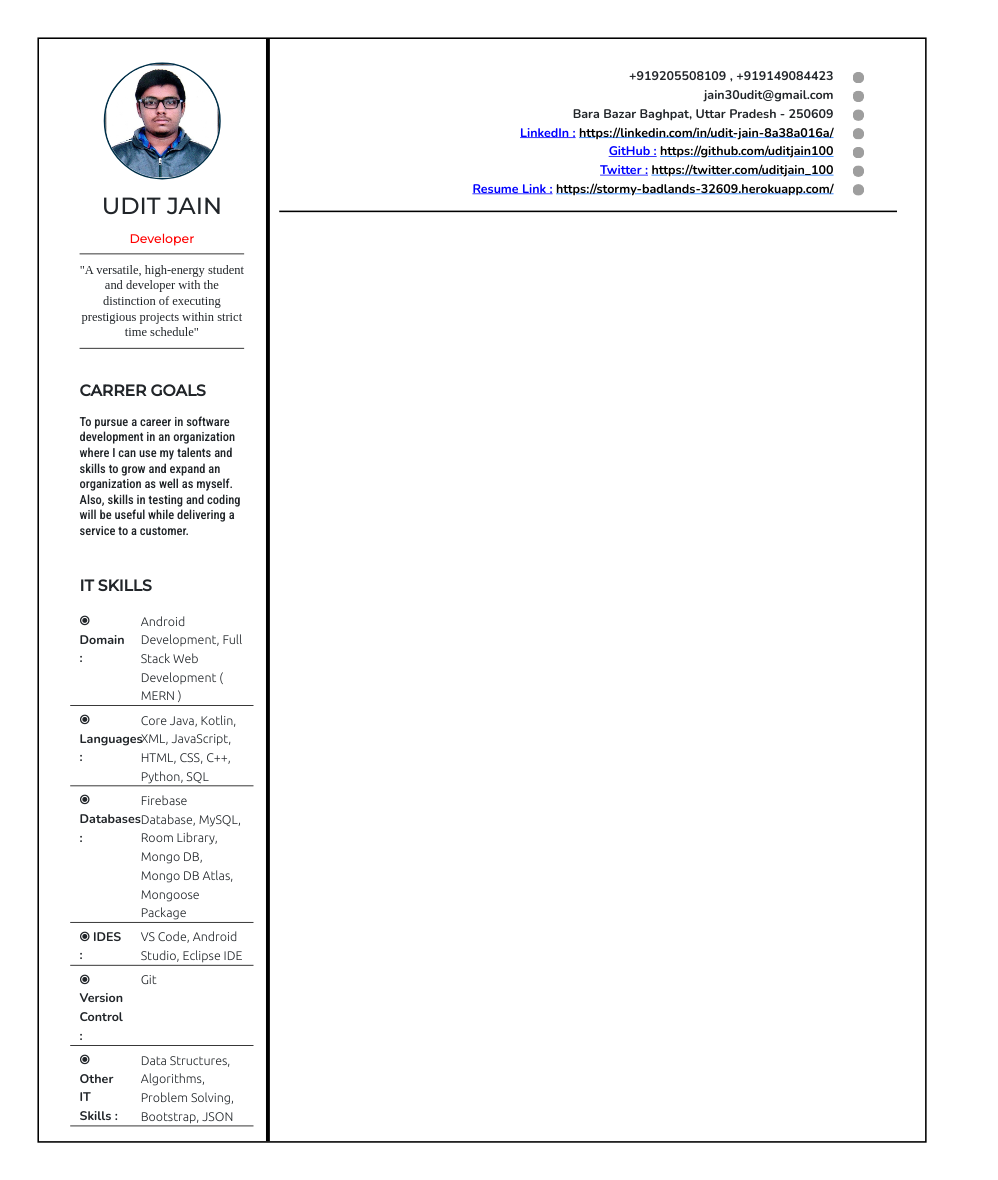
Repository: uditjain100/Resume
Page: app.html
An editor plug-in stored every save of this project. The page is shown before and after the next save, followed by the edit.
The browser window is 1280 px wide. The pictures show the whole page, at 78% of full size.
Pictures or frames that could not be fetched are drawn as grey boxes. Some web fonts or font styles are not loaded; a fallback is used.

Above is the page before, as saved 2021-05-27 16:55:10.

### app.html
<!DOCTYPE html>
<html lang="en">
	<head>
		<meta charset="UTF-8" />
		<meta http-equiv="X-UA-Compatible" content="IE=edge" />
		<meta name="viewport" content="width=device-width, initial-scale=1.0" />
		<title>RESUME : Udit Jain</title>
		<link rel="stylesheet" href="app.css" />
		<script
			src="https://code.jquery.com/jquery-3.5.1.min.js"
			integrity="sha256-9/aliU8dGd2tb6OSsuzixeV4y/faTqgFtohetphbbj0="
			crossorigin="anonymous"
		></script>
		<link
			href="https://cdn.jsdelivr.net/npm/bootstrap@5.0.0-beta1/dist/css/bootstrap.min.css"
			rel="stylesheet"
			integrity="sha384-giJF6kkoqNQ00vy+HMDP7azOuL0xtbfIcaT9wjKHr8RbDVddVHyTfAAsrekwKmP1"
			crossorigin="anonymous"
		/>

		<link rel="preconnect" href="https://fonts.gstatic.com" />
		<link
			href="https://fonts.googleapis.com/css2?family=Montserrat:wght@300;500&display=swap"
			rel="stylesheet"
		/>
		<link
			href="https://fonts.googleapis.com/css2?family=Roboto+Condensed:wght@500&display=swap"
			rel="stylesheet"
		/>
		<link
			href="https://fonts.googleapis.com/css2?family=Spartan:wght@500&display=swap"
			rel="stylesheet"
		/>
		<link
			href="https://fonts.googleapis.com/css2?family=Red+Hat+Display&display=swap"
			rel="stylesheet"
		/>
		<link
			href="https://fonts.googleapis.com/css2?family=Ubuntu:wght@300&display=swap"
			rel="stylesheet"
		/>
		<link
			href="https://fonts.googleapis.com/css2?family=Quicksand:wght@700&display=swap"
			rel="stylesheet"
		/>
		<link
			href="https://fonts.googleapis.com/css2?family=Nunito:wght@700&display=swap"
			rel="stylesheet"
		/>
		<link
			href="https://fonts.googleapis.com/css2?family=Akaya+Kanadaka&display=swap"
			rel="stylesheet"
		/>
		<link
			href="https://fonts.googleapis.com/css2?family=Poppins:wght@400&display=swap"
			rel="stylesheet"
		/>
	</head>
	<body>
		<main class="container row my-5 mx-5" id="wholewindow">
			<section id="leftwindow" class="col-3">
				<article id="namebox">
					<img
						id="profileimg"
						src="profile.jpg"
						class="card-img-top"
						alt="..."
					/>
					<div class="card-body">
						<h3 class="card-title" style="font-size: 30px; font-weight: 400">
							UDIT JAIN
						</h3>
						<h6 class="card-subtitle mx-auto">Developer</h6>
						<p id="summary">
							"A versatile, high-energy student and developer with the
							distinction of executing prestigious projects within strict time
							schedule"
						</p>
					</div>
				</article>
				<article id="goalbox">
					<div class="card-body">
						<h3 class="card-title">CARRER GOALS</h3>
						<p>
							To pursue a career in software development in an organization
							where I can use my talents and skills to grow and expand an
							organization as well as myself. Also, skills in testing and coding
							will be useful while delivering a service to a customer.
						</p>
					</div>
				</article>
				<article id="itskillsbox">
					<div class="card-body">
						<h3 class="card-title">IT SKILLS</h3>
						<ul class="list-group">
							<li id="itskillsitem" class="row">
								<span class="col-4" id="que">⦿ Domain : </span>
								<span class="col-8" id="ans"
									>Android Development, Full Stack Web Development ( MERN
									)</span
								>
							</li>
							<li id="itskillsitem" class="row">
								<span class="col-4" id="que">⦿ Languages : </span>
								<span class="col-8" id="ans"
									>Core Java, Kotlin, XML, JavaScript, HTML, CSS, C++, Python,
									SQL</span
								>
							</li>
							<li id="itskillsitem" class="row">
								<span class="col-4" id="que">⦿ Databases : </span>
								<span class="col-8" id="ans"
									>Firebase Database, MySQL, Room Library, Mongo DB, Mongo DB
									Atlas, Mongoose Package</span
								>
							</li>
							<li id="itskillsitem" class="row">
								<span class="col-4" id="que">⦿ IDES : </span>
								<span class="col-8" id="ans"
									>VS Code, Android Studio, Eclipse IDE</span
								>
							</li>
							<li id="itskillsitem" class="row">
								<span class="col-4" id="que">⦿ Version Control : </span>
								<span class="col-8" id="ans">Git</span>
							</li>
							<li id="itskillsitem" class="row">
								<span class="col-4" id="que">⦿ Other IT Skills : </span>
								<span class="col-8" id="ans"
									>Data Structures, Algorithms, Problem Solving, Bootstrap,
									JSON</span
								>
							</li>
						</ul>
					</div>
				</article>
			</section>
			<section id="rightwindow" class="col-9">
				<div class="card-body" id="contactbox">
					<ul class="list-group">
						<li id="contactitem" class="row">
							<div class="col-11">+919205508109 , +919149084423</div>
							<div class="col-1">
								<img
									src="https://cdn.jsdelivr.net/npm/simple-icons@3.0.1/icons/android.svg"
									alt=""
								/>
							</div>
						</li>
						<li id="contactitem" class="row">
							<div class="col-11">jain30udit@gmail.com</div>
							<div class="col-1">
								<img
									src="https://cdn.jsdelivr.net/npm/simple-icons@3.0.1/icons/gmail.svg"
									alt=""
								/>
							</div>
						</li>
						<li id="contactitem" class="row">
							<div class="col-11">
								Bara Bazar Baghpat, Uttar Pradesh - 250609
							</div>
							<div class="col-1">
								<img
									src="https://cdn.jsdelivr.net/npm/simple-icons@3.0.1/icons/googlemaps.svg"
									alt=""
								/>
							</div>
						</li>
						<li id="contactitem" class="row">
							<div class="col-11">
								<span>LinkedIn :</span>
								<a href="https://linkedin.com/in/udit-jain-8a38a016a/"
									><span id="link"
										>https://linkedin.com/in/udit-jain-8a38a016a/</span
									></a
								>
							</div>
							<div class="col-1">
								<img
									src="https://cdn.jsdelivr.net/npm/simple-icons@4.13.0/icons/linkedin.svg"
									alt=""
								/>
							</div>
						</li>
						<li id="contactitem" class="row">
							<div class="col-11">
								<span>GitHub :</span>
								<a href="https://github.com/uditjain100"
									><span id="link">https://github.com/uditjain100</span></a
								>
							</div>
							<div class="col-1">
								<img
									src="https://cdn.jsdelivr.net/npm/simple-icons@4.13.0/icons/github.svg"
									alt=""
								/>
							</div>
						</li>
						<li id="contactitem" class="row">
							<div class="col-11">
								<span>Twitter :</span>
								<a href="https://twitter.com/uditjain_100"
									><span id="link">https://twitter.com/uditjain_100</span></a
								>
							</div>
							<div class="col-1">
								<img
									src="https://cdn.jsdelivr.net/npm/simple-icons@4.13.0/icons/twitter.svg"
									alt=""
								/>
							</div>
						</li>
						<li id="contactitem" class="row">
							<div class="col-11">
								<span>Resume Link :</span>
								<a href="https://stormy-badlands-32609.herokuapp.com/"
									><span id="link"
										>https://stormy-badlands-32609.herokuapp.com/</span
									></a
								>
							</div>
							<div class="col-1">
								<img
									src="https://cdn.jsdelivr.net/npm/simple-icons@4.13.0/icons/webpack.svg"
									alt=""
								/>
							</div>
						</li>
					</ul>
				</div>
			</section>
		</main>
	</body>
</html>

### app.css
/* * Common Section */

@keyframes transitionIn {
	from {
		opacity: 0;
		transform: rotateY(-10deg);
	}
	to {
		opacity: 1;
		transform: rotateY(0);
	}
}

html {
	animation: transitionIn 1s;
}

p {
	font-family: "Roboto Condensed", sans-serif;
	line-height: 20px;
}

/*  ********************* resume work */

#wholewindow {
	margin-top: 100px;
	border: 2px black solid;
	display: flex;
	flex-direction: row;
	flex-wrap: wrap;
	justify-content: space-evenly;
	/* align-items: center; */
}

#leftwindow {
	border-right: 5px black solid;
	padding-top: 20px;
	min-width: 250px;
}

#rightwindow {
	padding-top: 20px;
	min-width: 250px;
}

#namebox {
	display: flex;
	flex-direction: column;
	flex-wrap: wrap;
	align-items: center;
	text-align: center;
	font-family: "Montserrat";
}

#profileimg {
	width: 150px;
	height: 150px;
	border-radius: 50%;
	border: 2px #003049 solid;
	margin-top: 10px;
}
#summary {
	font-family: "Akaya Kanadaka";
	margin-top: 10px;
	margin-bottom: 10px;
	padding-top: 10px;
	padding-bottom: 10px;

	border-bottom: 1px black solid;
	border-top: 1px black solid;
}

.card-subtitle {
	color: red;
}

#itskillsitem,
#managementskillsitem {
	border-bottom: 1px black solid;
	margin-top: 3px;
	margin-bottom: 3px;
}

#que {
	font-family: "Nunito";
	font-weight: 900;
	text-align: left;
}

#ans {
	font-family: "Ubuntu";
	font-weight: 400;
	text-align: left;
}

li img {
	width: 15px;
	height: 15px;
	border-radius: 50%;
	margin-right: 5px;
}

#contactbox {
	border-bottom: 2px black solid;
}

#contactitem {
	font-family: "Nunito";
}

#contactitem .col-11 {
	text-align: end;
}

#contactitem .col-11 span {
	font-weight: 600;
	color: blue;
	text-decoration: underline;
}

#contactitem .col-11 a span {
	color: black;
	text-decoration: none;
}

#educationtitle {
	font-family: "Red Hat Display";
	font-weight: 200;
}

#educationitem,
#projectitem {
	margin-bottom: 10px;
	padding-bottom: 10px;
	border-bottom: 1px black solid;
}

#details {
	font-family: "Ubuntu";
}

#institutename {
	text-decoration: underline;
}

#timestamp {
	font-size: 13px;
}

#stream {
	font-size: 16px;
	font-weight: 400;
}

#subjects {
	font-size: 10px;
	font-weight: 300;
}

#marks {
	font-size: 15px;
	font-weight: 700;
}

#projecttitle {
	font-family: "Red Hat Display";
	font-weight: 400;
}

#projectdetails {
	margin-left: 25px;
}

.card {
	background-color: black;
}

.card-title {
	font-family: "Montserrat";
	font-weight: 900;
	font-size: 20px;
	padding-bottom: 10px;
	border: none;
}

/* * Common Section */

.footer {
	position: -webkit-sticky;
	left: 0;
	bottom: 0;
	width: 100%;
	color: white;
	text-align: center;
	font-family: "Montserrat";
}

After the next save:
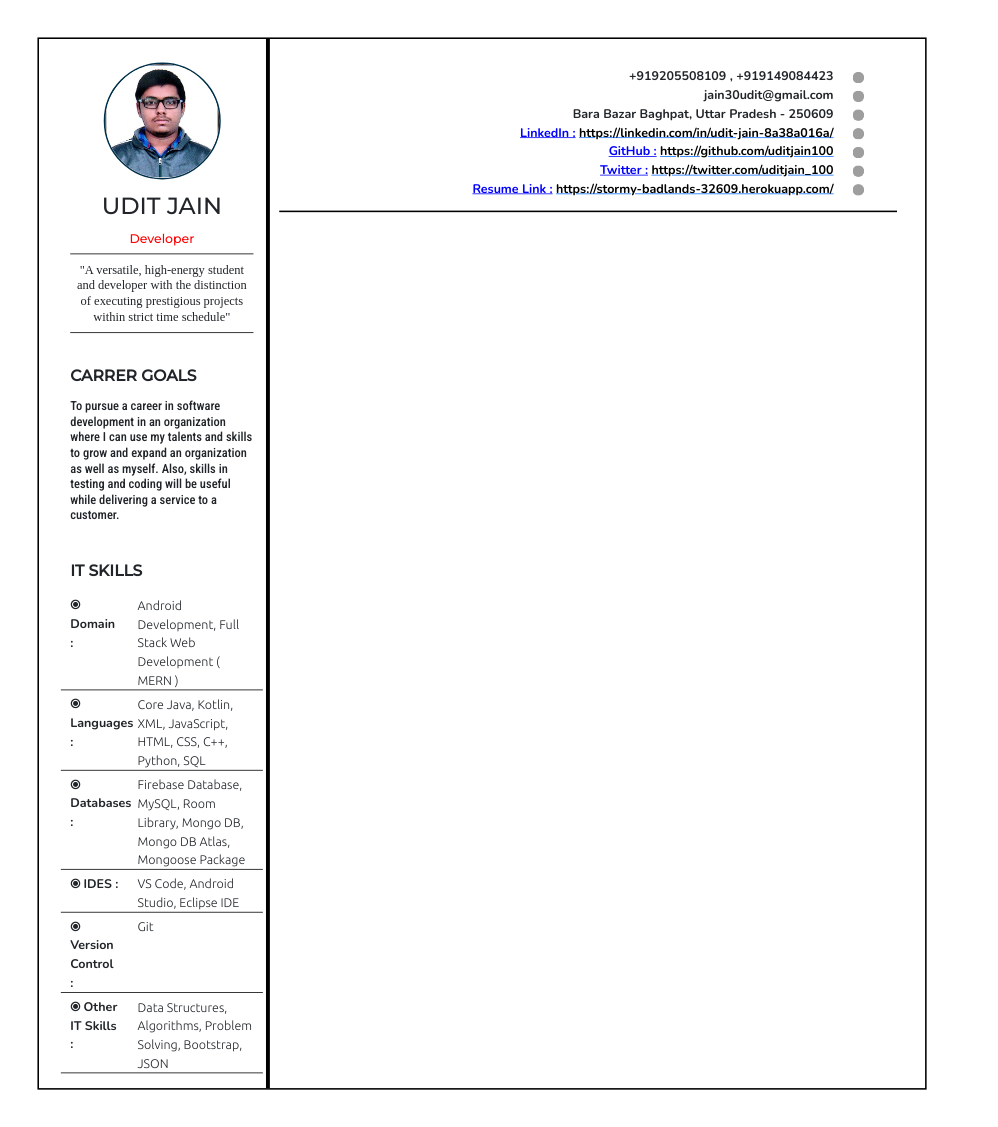
Saved 35 s later.
--- a/app.css
+++ b/app.css
@@ -34,7 +34,7 @@ p {
 
 #leftwindow {
 	border-right: 5px black solid;
-	padding-top: 20px;
+	padding: 20px 0px 0px 0px;
 	min-width: 250px;
 }
 
